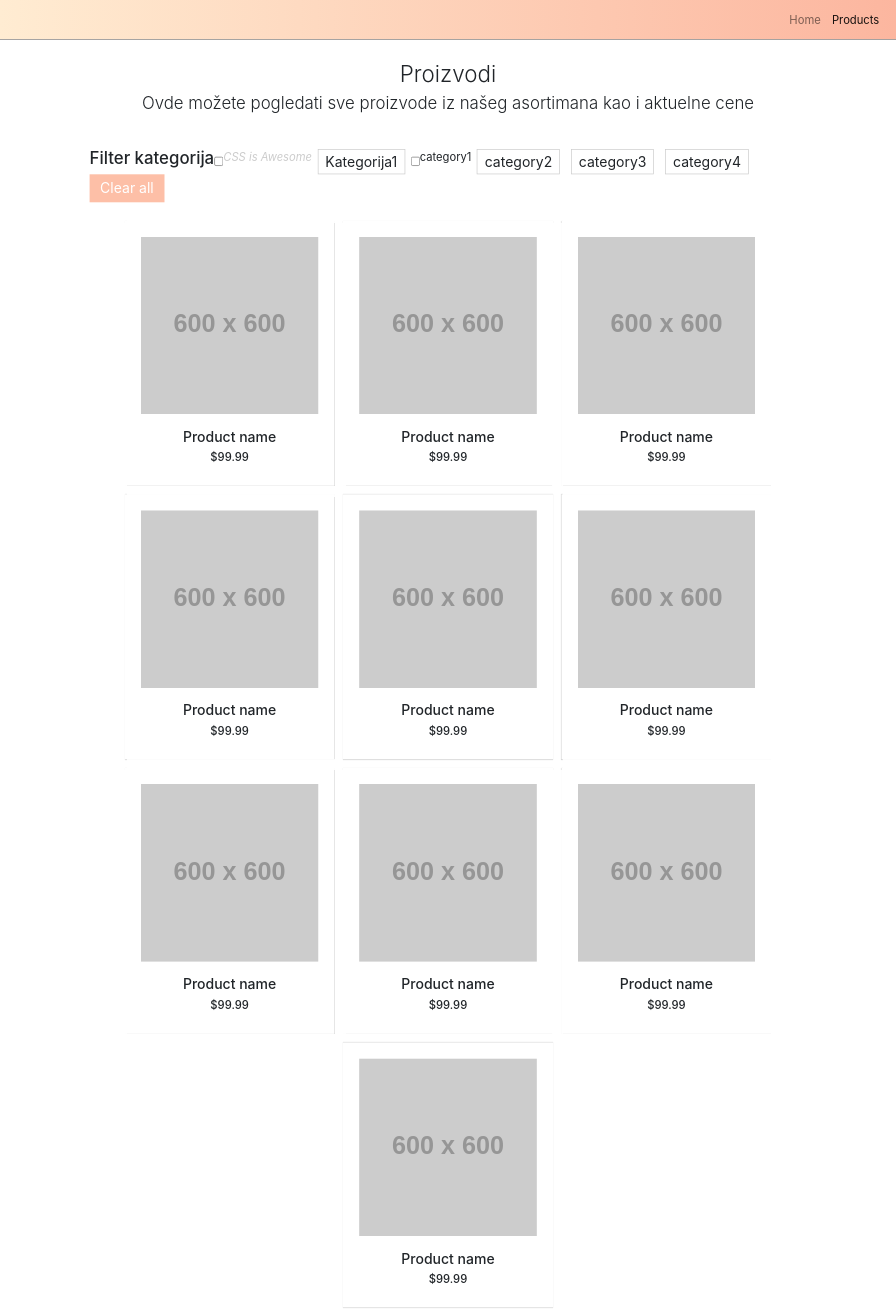
Repository: StevanFilipovic/TemplateForSinglepageWebsite
Page: products.html
These files come from the project's save history. The page is drawn as it stood at one moment and after the next save; the edit follows.
The browser window is 1280 px wide. The pictures show the whole page, at 70% of full size.
Some web libraries are served in a nearby version.

Above is the page before, as saved 2018-06-15 11:21:51.

### products.html
<!doctype html>
<html>
<head>
	<meta charset="utf-8">
	<title>One Page Scroll</title>
	<meta name="title" content="Website by Stevan" />
	<meta name="description" content="Proizvodi"/>
    <link rel="shortcut icon" id="favicon" href="">
    <meta name="viewport" content="initial-scale=1, width=device-width, maximum-scale=1, minimum-scale=1, user-scalable=no">
	<link href='http://fonts.googleapis.com/css?family=Open+Sans:300,400,700' rel='stylesheet' type='text/css'>
	<link href='http://fonts.googleapis.com/css?family=Pacifico:400' rel='stylesheet' type='text/css'>
	<script type="text/javascript" src="http://code.jquery.com/jquery-1.9.1.js"></script>
  <link href='products-page-style.css' rel='stylesheet' type='text/css'>
  <!-- Da bi koristili less potrebno je odkomentarisati donje dve linije i uraditi konverziju css-a i ubaciti u dole navedene fajlove -->
  <!-- <link rel="stylesheet/less" type="text/css" href="onepage-scrool.less" /> -->
  <!-- <link rel="stylesheet/less" type="text/css" href="styles.less" /> -->
  <!-- <script src="less.js" type="text/javascript"></script> -->
  <link rel="stylesheet" href="https://stackpath.bootstrapcdn.com/bootstrap/4.1.1/css/bootstrap.min.css" integrity="sha384-WskhaSGFgHYWDcbwN70/dfYBj47jz9qbsMId/iRN3ewGhXQFZCSftd1LZCfmhktB" crossorigin="anonymous">

<script>
    $(document).ready(function() {
  var $products = $('.grid-products'),
      $filters = $("#filters input[type='checkbox']"),
      product_filter = new ProductFilterLevel1($products, $filters);
  product_filter.init();
});

function ProductFilterLevel1(products, filters) {
  var _this = this;

  this.init = function() {
    this.products = products;
    this.filters = filters;
    this.bindEvents();
  };

  this.bindEvents = function() {
    this.filters.click(this.filterGridProducts);
    $('#none').click(this.removeAllFilters);
  };

  this.filterGridProducts = function() {
    _this.products.hide();
    var selectedFilters = _this.filters.filter(':checked');
    if (selectedFilters.length) {
      var selectedFiltersValues = [];
      selectedFilters.each(function() {
        var currentFilter = $(this);
        selectedFiltersValues.push("[data-" + currentFilter.attr('name') + "='" + currentFilter.val() + "']");
      });
      _this.products.filter(selectedFiltersValues.join(',')).show();
    } else {
      _this.products.show();
    }
  };

  this.removeAllFilters = function() {
    _this.filters.prop('checked', false);
    _this.products.show();
  }
}
</script>

</head>
<body>
        <div class="header">
                <nav class="navbar navbar-expand-lg navbar-light">
                  <!-- <a class="navbar-brand" href="#">Navbar</a> -->
                  <button class="navbar-toggler" type="button" data-toggle="collapse" data-target="#navbarNavDropdown" aria-controls="navbarNavDropdown" aria-expanded="false" aria-label="Toggle navigation">
                    <span class="navbar-toggler-icon"></span>
                  </button>
                  <div class="collapse navbar-collapse justify-content-end" id="navbarNavDropdown">
                    <ul class="navbar-nav">
                      <li class="nav-item ">
                        <a class="nav-link" href="index.html">Home </a>
                      </li>
                      <li class="nav-item active">
                        <a class="nav-link" href="products.html">Products<span class="sr-only">(current)</span></a>
                      </li>
                      </li>
                    </ul>
                  </div>
                </nav>
                </div>
<div class="intro-text">
    <h2>Proizvodi</h2>
    <h4>Ovde možete pogledati sve proizvode iz našeg asortimana kao i aktuelne cene</h4>
</div>
<div id="filters" class="products">
    <div class="filter-wrapper">
      <h4>Filter kategorija</h4>
      <input type="checkbox" id="ossm" name="ossm">
      <label for="ossm">CSS is Awesome</label>

      <label class="filter-container" for="category1">Kategorija1</label>
      <input type="checkbox" name="colour" id="category1" value="category1" ><span class="filters-title">category1</span></input>
      <label class="filter-container"><input type="checkbox" name="colour" id="category2" value="category2"><span class="filters-title">category2</span></input></label>
      <label class="filter-container"><input type="checkbox" name="colour" id="category3" value="category3"><span class="filters-title">category3</span></input></label>
      <label class="filter-container"><input type="checkbox" name="colour" id="category4" value="category4"><span class="filters-title">category4</span></input></label>
    </div>
    <div>
      <input class="button-clear dugme" type="button" id="none" value="Clear all"></input>
    </div>
  </div>

          <section class="products">
                <div class="product-card grid-products" data-colour="category1">
                    <div class="product-image">
                        <img src="http://via.placeholder.com/600x600">
                    </div>
                    <div class="product-info">
                        <h5>Product name</h5>
                        <h6>$99.99</h6>
                    </div>
                </div>

                <div class="product-card grid-products" data-colour="category1">
                    <div class="product-image">
                        <img src="http://via.placeholder.com/600x600">
                    </div>
                    <div class="product-info">
                        <h5>Product name</h5>
                        <h6>$99.99</h6>
                    </div>
                </div>

                <div class="product-card grid-products" data-colour="category2">
                    <div class="product-image">
                        <img src="http://via.placeholder.com/600x600">
                    </div>
                    <div class="product-info">
                        <h5>Product name</h5>
                        <h6>$99.99</h6>
                    </div>
                </div>

                <div class="product-card grid-products" data-colour="category2">
                    <div class="product-image">
                        <img src="http://via.placeholder.com/600x600">
                    </div>
                    <div class="product-info">
                        <h5>Product name</h5>
                        <h6>$99.99</h6>
                    </div>
                </div>

                <div class="product-card grid-products" data-colour="category3">
                    <div class="product-image">
                        <img src="http://via.placeholder.com/600x600">
                    </div>
                    <div class="product-info">
                        <h5>Product name</h5>
                        <h6>$99.99</h6>
                    </div>
                </div>

                <div class="product-card grid-products" data-colour="category3">
                    <div class="product-image">
                        <img src="http://via.placeholder.com/600x600">
                    </div>
                    <div class="product-info">
                        <h5>Product name</h5>
                        <h6>$99.99</h6>
                    </div>
                </div>

                <div class="product-card grid-products" data-colour="category3">
                    <div class="product-image">
                        <img src="http://via.placeholder.com/600x600">
                    </div>
                    <div class="product-info">
                        <h5>Product name</h5>
                        <h6>$99.99</h6>
                    </div>
                </div>

                <div class="product-card grid-products" data-colour="category4">
                    <div class="product-image">
                        <img src="http://via.placeholder.com/600x600">
                    </div>
                    <div class="product-info">
                        <h5>Product name</h5>
                        <h6>$99.99</h6>
                    </div>
                </div>

                <div class="product-card grid-products" data-colour="category4">
                    <div class="product-image">
                        <img src="http://via.placeholder.com/600x600">
                    </div>
                    <div class="product-info">
                        <h5>Product name</h5>
                        <h6>$99.99</h6>
                    </div>
                </div>

                <div class="product-card grid-products" data-colour="category4">
                    <div class="product-image">
                        <img src="http://via.placeholder.com/600x600">
                    </div>
                    <div class="product-info">
                        <h5>Product name</h5>
                        <h6>$99.99</h6>
                    </div>
                </div>

            </section>

</body>
</html>

### products-page-style.css
.header{
    background-image: linear-gradient(to right, #ffecd2 0%, #fcb69f 100%);
    border-bottom: 1px solid gray;
}
.intro-text{
  margin: 30px auto 50px;
}
.intro-text h2, .intro-text h4{
  text-align: center;
    font-weight: 300;
}
.products {
	display: flex;
    flex-wrap: wrap;
    width: 90%;
    margin: auto;
    justify-content: center;
}
#filters{
  margin-bottom: 20px;
  justify-content: start;
  width: 80%;
}

.product-card {
	display: flex;
	flex-direction: column;
    max-width: 300px;
	padding: 2%;
  /* flex: 1 16%; */
  margin: 6px;

	background-color: #FFF;
	box-shadow: 0px 0px 1px 0px rgba(0,0,0,0.25);
}

.product-image img {
	width: 100%;
}

.product-info {
	margin-top: auto;
	padding-top: 20px;
	text-align: center;
}

@media ( max-width: 920px ) {

	/* .product-card {
		flex: 1 21%;
	} */

	/* .products .product-card:first-child,
	.products .product-card:nth-child(2) {
		flex: 2 46%;
	} */

}

@media ( max-width: 600px ) {

	/* .product-card {
		flex: 1 46%;
	} */

}

@media ( max-width: 480px ) {

	h1 {
		margin-bottom: 20px;
	}

	.product-filter {
		flex-direction: column;
	}

	.sort {
		align-self: flex-start;
	}

}


/* Checkmark */

/* Customize the label (the container) */
.filter-container {
    display: block;
    position: relative;
    margin: auto 8px;
    cursor: pointer;
    font-size: 20px;
    -webkit-user-select: none;
    -moz-user-select: none;
    -ms-user-select: none;
    user-select: none;
    border: 1px solid #cccccc;
    padding: 2px 10px;
  }


.filter-category{
  border: 1px solid #cccccc;
  padding: 2px 10px;
  margin: auto 8px;
}

input[type=checkbox] + label {
  color: #ccc;
  font-style: italic;
}
input[type=checkbox]:checked + label {
  background: #f00;
  font-style: normal;
}


  /* Hide the browser's default checkbox */
  .filter-container input {
    position: absolute;
    opacity: 0;
    cursor: pointer;
  }

  /* Create a custom checkbox */
  .checkmark {
    position: absolute;
    top: 0;
    left: 0;
    height: 30px;
    width: 30px;
    background-color: #eee;
    display: none;
  }

  /* On mouse-over, add a grey background color */
  .filter-container:hover input ~ .checkmark {
    background-color: #ccc;
  }

  /* When the checkbox is checked, add a blue background */
  .filter-container input:checked ~ .checkmark {
    background-color: #fdbfa7;
  }

  /* Create the checkmark/indicator (hidden when not checked) */
  .checkmark:after {
    content: "";
    position: absolute;
    display: none;
  }

  /* Show the checkmark when checked */
  .filter-container input:checked ~ .checkmark:after {
    display: block;
  }

  /* Style the checkmark/indicator */
  .filter-container .checkmark:after {
    left: 9px;
    top: 5px;
    width: 10px;
    height: 15px;
    border: solid white;
    border-width: 0 3px 3px 0;
    -webkit-transform: rotate(45deg);
    -ms-transform: rotate(45deg);
    transform: rotate(45deg);
  }

  .filter-wrapper{
      display: contents;
      margin-bottom: 15px;
  }

  .button-clear{
    background: #FDBFA7;
    font-size: 20px;
    color: white;
    border-style: none;
    cursor: pointer;
    padding: 5px 15px;
  }

After the next save:
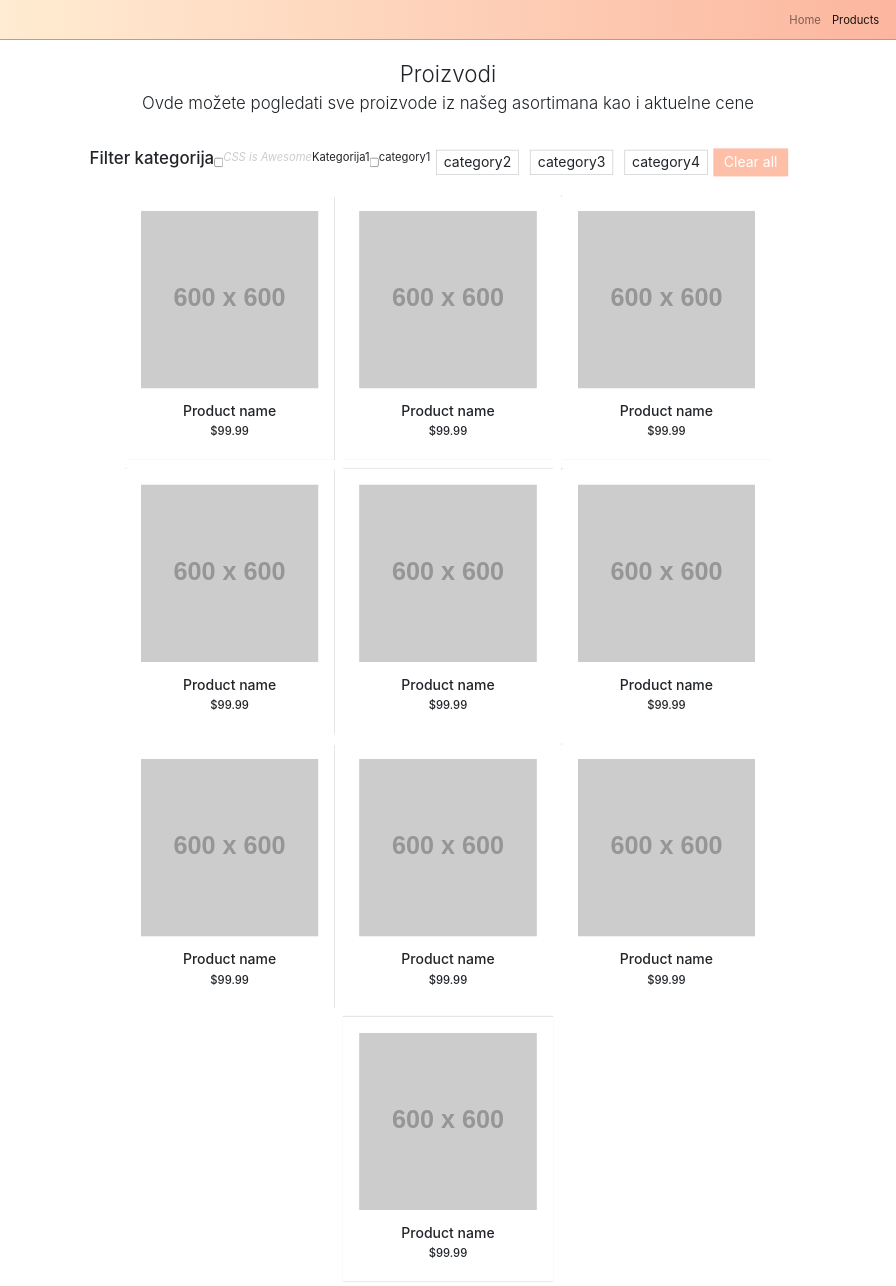
Saved 3 min 58 s later.
--- a/products.html
+++ b/products.html
@@ -92,7 +92,7 @@ function ProductFilterLevel1(products, filters) {
       <input type="checkbox" id="ossm" name="ossm">
       <label for="ossm">CSS is Awesome</label>
 
-      <label class="filter-container" for="category1">Kategorija1</label>
+      <label for="category1">Kategorija1</label>
       <input type="checkbox" name="colour" id="category1" value="category1" ><span class="filters-title">category1</span></input>
       <label class="filter-container"><input type="checkbox" name="colour" id="category2" value="category2"><span class="filters-title">category2</span></input></label>
       <label class="filter-container"><input type="checkbox" name="colour" id="category3" value="category3"><span class="filters-title">category3</span></input></label>
